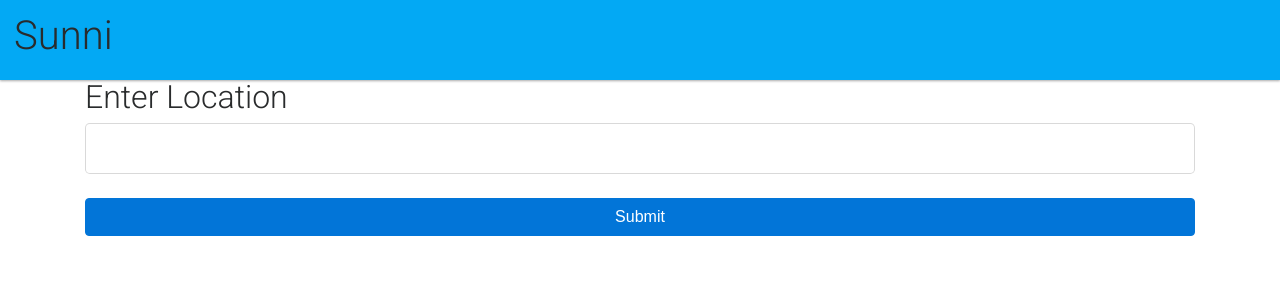
Repository: Oakga/Weather_app
Page: index.html
These files come from the project's save history. The page is drawn as it stood at one moment and after the next save; the edit follows.
The browser window is 1280 px wide. The pictures show the whole page.

Above is the page before, as saved 2017-09-21 23:49:55.

### index.html
<!DOCTYPE html>
<html>
<head>
    <meta charset="utf-8">
    <link rel="stylesheet" href="https://maxcdn.bootstrapcdn.com/bootstrap/4.0.0-alpha.6/css/bootstrap.min.css" integrity="sha384-rwoIResjU2yc3z8GV/NPeZWAv56rSmLldC3R/AZzGRnGxQQKnKkoFVhFQhNUwEyJ" crossorigin="anonymous">
    <link href='http://fonts.googleapis.com/css?family=Roboto:400,300,700' rel='stylesheet' type='text/css'>
    <link href="css/styles.css" rel="stylesheet" type="text/css">
    <script src="https://unpkg.com/axios/dist/axios.min.js"></script>
</head>
<body>
    <header>
        <h1>Sunni</h1>
    </header>
    <div class="container">
        <h2>Enter Location</h2>
        <form id="location-form">
            <input type="text" id="location-input" class="form-control form-control-lg "/>
            <br>
            <button type="submit" class="btn btn-primary btn-block">Submit</button>
          </form>
        <div id="formatted-address"></div>
        <div id="address-components"></div>
        <div id="geometry-component"></div>
    </div>
    <script src="js/main.js"></script>
</body>
</html>

### css/styles.css
body {
    font-family: 'Roboto', 'Sans Serif';
    font-size: 16px;
    padding: 0;
    margin: 0;
}

header {
    background-color: #03A9F4;
    padding: 14px;
    box-shadow: 0 1px 3px rgba(0,0,0,0.12), 0 1px 2px rgba(0,0,0,0.24);
}

h1, h2, h3 {
    font-weight: 300;
}

### js/main.js
let geoCode = (location) => {
    axios.get('https://maps.googleapis.com/maps/api/geocode/json',{
    params:{
        address: location,
        key: 'AIzaSyAkYBjwd7ygcP8GpAz47QsP3s3vaweLAE0'
    }
}).then(function(response){
    console.log(response);
    const formattedAddr = response.data.results[0].formatted_address;
    const formattedAddrOutput = `
    <ul class="list-group">
    <li class="list-group-item">
    ${formattedAddr}
    </li>
    </ul>
    `;
    let addressComponents = response.data.results[0].address_components;
    let lat = response.data.results[0].geometry.location.lat;
    let lng = response.data.results[0].geometry.location.lng;


    let geometryOutput = `
    <ul class="list-group">
    <li class="list-group-item">
    <strong>
    Latitude
    </strong>: ${lat}
    </li>
    <li class="list-group-item">
    <strong>
    Longitude
    </strong>: ${lng}
    </li>
    </ul>
    `;
    document.getElementById('formatted-address').innerHTML = formattedAddrOutput;
    document.getElementById('geometry-component').innerHTML = geometryOutput;


})
.catch(function(error){
    const formattedAddrOutput = `
    <ul class="list-group">
    <li class="list-group-item">
    Unknown location
    </li>
    </ul>
    `;
    document.getElementById('formatted-address').innerHTML = formattedAddrOutput;
})
};

document.getElementById('location-form').addEventListener('submit', function (e){
    e.preventDefault();
    let location = document.getElementById('location-input').value;
    geoCode(location);
});

After the next save:
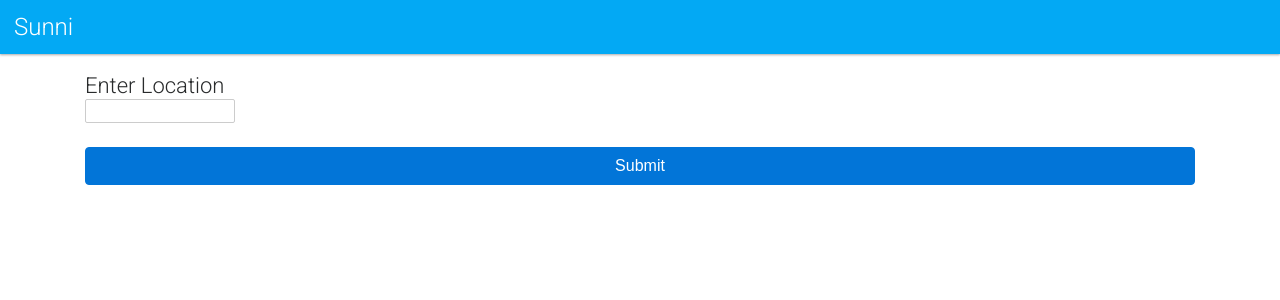
Saved 11 s later.
--- a/css/styles.css
+++ b/css/styles.css
@@ -14,3 +14,147 @@ header {
 h1, h2, h3 {
     font-weight: 300;
 }
+
+header > h1 {
+    font-weight: 300;
+    font-size: 24px;
+    margin: 0;
+    color: #FFFFFF;
+}
+
+h2 {
+    font-size: 22px;
+    margin: 20px 0 0 0;
+}
+
+h2 > .currency {
+    color: #0288D1;
+}
+
+h3 {
+    margin: 10px 0 28px 0;
+}
+
+h3 > span {
+    color: #0288D1;
+}
+
+.principal {
+    color: #0288D1;
+}
+
+.interest {
+    color: #EF6C00;
+}
+
+input[type=text] {
+    -webkit-appearance: none;
+    width: 150px;
+    height: 24px;
+    padding: 3px 8px;
+    font-size: 14px;
+    line-height: 1.42857143;
+    color: #555;
+    border: 1px solid #ccc;
+    border-radius: 2px;
+    -webkit-box-shadow: none;
+    box-shadow: none;
+}
+
+table {
+    border-collapse: collapse;
+    font-weight: 300;
+    font-size: 12px;
+}
+
+th {
+    text-align: right;
+    font-weight: 400;
+}
+
+td {
+    text-align: right;
+    padding: 0 .5rem;
+}
+
+th,
+td {
+    border: solid 1px #EEEEEE !important;
+    padding: 1px 4px;
+}
+
+label {
+    display: inline-block;
+    width: 80px;
+    text-align: right;
+    margin-right: 4px;
+}
+
+.content {
+    padding: 20px;
+}
+
+.bar {
+    display: inline-block;
+    border: none;
+    height: 8px;
+}
+
+.bar.principal {
+    background-color: #0288D1;
+    margin-right:1px;
+}
+
+.bar.interest {
+    background-color: #EF6C00;
+    margin-left:1px;
+}
+
+.stretch {
+    width: 100%;
+    padding-left:0;
+    padding-right:0;
+}
+
+.flex {
+    display: -webkit-flex;
+    display: flex;
+}
+
+.currency::before {
+    content:"$";
+}
+
+.left {
+    text-align: left;
+}
+
+.form > div {
+    margin: 6px 0;
+}
+
+button {
+    text-transform: none;
+    -webkit-appearance: none;
+    cursor: pointer;
+    padding: 12px 18px;
+    border-radius: 2px;
+    background: #FCFCFC;
+    font-size: 16px;
+    border: solid 1px #ddd;
+    color: #444;
+}
+
+button:hover {
+    background: #F4F4F4;
+    border: solid 1px #ccc;
+}
+
+button:active {
+    background: #FEFEFE;
+    border: solid 1px #ddd;
+}
+
+button:focus {
+    outline:0;
+}
